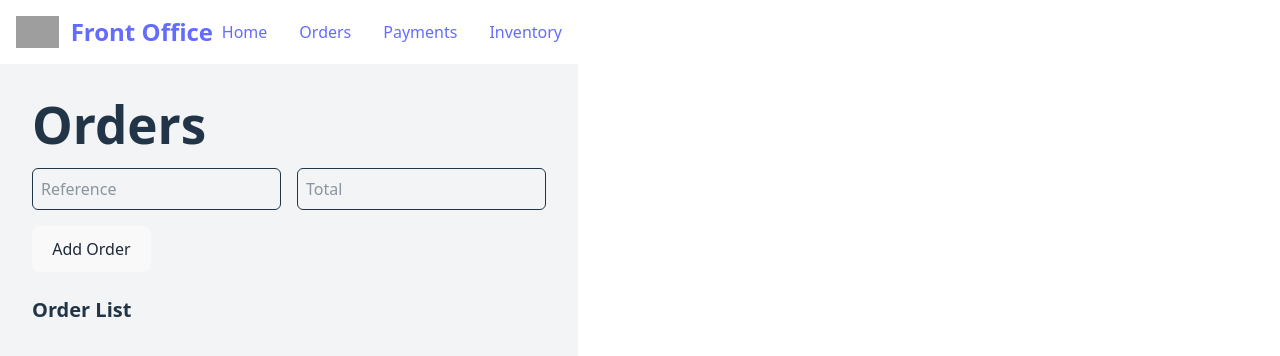
Repository: ib-entreprise/projet-micro-service
Page: /orders (app in front-office/)
The author's editor kept a copy of each file at every save. The page is drawn from the files as they stood at one save, then again after the next save.
The browser window is 1280 px wide. The pictures show the whole page.
Pictures or frames that could not be fetched are drawn as grey boxes. The page's requests for data from a server got no answer. Some web libraries are served in a nearby version. The project was rebuilt for these pictures with package versions that can differ from the ones it lists, and the page was loaded fresh each time. No one was signed in, and anything a server would have sent is missing. Also part of the build but not shown: front-office/vite.config.ts.

Above is the page before, as saved 2025-03-19 12:21:38.

### front-office/index.html
<!doctype html>
<html lang="en">
  <head>
    <meta charset="UTF-8" />
    <link rel="icon" type="image/svg+xml" href="/vite.svg" />
    <meta name="viewport" content="width=device-width, initial-scale=1.0" />
    <title>Vite + React + TS</title>
    <script src="https://cdn.jsdelivr.net/npm/@tailwindcss/browser@4"></script>

  </head>
  <body>
    <div id="root"></div>
    <script type="module" src="/src/main.tsx"></script>
  </body>
</html>

### front-office/src/App.tsx
import React from 'react';
import { BrowserRouter as Router, Routes, Route } from 'react-router-dom';
import Navbar from './components/Navbar';
import Orders from './components/Orders';

// Pages simples pour les autres routes
const Home = () => <h2>Home Page</h2>;
const Payments = () => <h2>Payments Page</h2>;
const Inventory = () => <h2>Inventory Page</h2>;

function App() {
  return (
    <Router>
      <div className="bg-gray-100 min-h-screen">
        {/* Navbar */}
        <Navbar />

        {/* Contenu principal */}
        <main className="container mx-auto p-4">
          <Routes>
            <Route path="/" element={<Home />} />
            <Route path="/orders" element={<Orders />} />
            <Route path="/payments" element={<Payments />} />
            <Route path="/inventory" element={<Inventory />} />
          </Routes>
        </main>
      </div>
    </Router>
  );
}

export default App;

### front-office/src/components/Navbar.tsx
export default function Nav() {
  return (
    <nav className="bg-white border-gray-200 dark:bg-gray-900">
  <div className="max-w-screen-xl flex flex-wrap items-center justify-between mx-auto p-4">
    <a href="/" className="flex items-center space-x-3 rtl:space-x-reverse">
      <img src="https://flowbite.com/docs/images/logo.svg" className="h-8" alt="Flowbite Logo" />
      <span className="self-center text-2xl font-semibold whitespace-nowrap dark:text-white">Front Office</span>
    </a>
    <button
      data-collapse-toggle="navbar-default"
      type="button"
      className="inline-flex items-center p-2 w-10 h-10 justify-center text-sm text-gray-500 rounded-lg md:hidden hover:bg-gray-100 focus:outline-none focus:ring-2 focus:ring-gray-200 dark:text-gray-400 dark:hover:bg-gray-700 dark:focus:ring-gray-600"
      aria-controls="navbar-default"
      aria-expanded="false"
    >
      <span className="sr-only">Open main menu</span>
      <svg
        className="w-5 h-5"
        aria-hidden="true"
        xmlns="http://www.w3.org/2000/svg"
        fill="none"
        viewBox="0 0 17 14"
      >
        <path
          stroke="currentColor"
          strokeLinecap="round"
          strokeLinejoin="round"
          strokeWidth="2"
          d="M1 1h15M1 7h15M1 13h15"
        />
      </svg>
    </button>
    <div className="hidden w-full md:block md:w-auto" id="navbar-default">
      <ul className="font-medium flex flex-col p-4 md:p-0 mt-4 border border-gray-100 rounded-lg bg-gray-50 md:flex-row md:space-x-8 rtl:space-x-reverse md:mt-0 md:border-0 md:bg-white dark:bg-gray-800 md:dark:bg-gray-900 dark:border-gray-700">
        <li>
          <a
            href="/"
            className="block py-2 px-3 text-white bg-blue-700 rounded-sm md:bg-transparent md:text-blue-700 md:p-0 dark:text-white md:dark:text-blue-500"
            aria-current="page"
          >
            Home
          </a>
        </li>
        <li>
          <a
            href="/orders"
            className="block py-2 px-3 text-gray-900 rounded-sm hover:bg-gray-100 md:hover:bg-transparent md:border-0 md:hover:text-blue-700 md:p-0 dark:text-white md:dark:hover:text-blue-500 dark:hover:bg-gray-700 dark:hover:text-white md:dark:hover:bg-transparent"
          >
            Orders
          </a>
        </li>
        <li>
          <a
            href="/payments"
            className="block py-2 px-3 text-gray-900 rounded-sm hover:bg-gray-100 md:hover:bg-transparent md:border-0 md:hover:text-blue-700 md:p-0 dark:text-white md:dark:hover:text-blue-500 dark:hover:bg-gray-700 dark:hover:text-white md:dark:hover:bg-transparent"
          >
            Payments
          </a>
        </li>
        <li>
          <a
            href="/inventory"
            className="block py-2 px-3 text-gray-900 rounded-sm hover:bg-gray-100 md:hover:bg-transparent md:border-0 md:hover:text-blue-700 md:p-0 dark:text-white md:dark:hover:text-blue-500 dark:hover:bg-gray-700 dark:hover:text-white md:dark:hover:bg-transparent"
          >
            Inventory
          </a>
        </li>
      </ul>
    </div>
  </div>
</nav>
  );
}

### front-office/src/components/Orders.tsx
import React, { useState, useEffect } from 'react';

const Orders = () => {
  // État pour stocker la liste des commandes
  const [orders, setOrders] = useState([]);
  // État pour le formulaire
  const [newOrder, setNewOrder] = useState({ ref: '', total: '' });

  // Simuler une API pour récupérer et ajouter des commandes
  useEffect(() => {
    // Récupérer les commandes initiales
    const fetchOrders = async () => {
      try {
        const response = await fetch('http://localhost:3000/orders'); // Remplacez par l'URL de votre API
        const data = await response.json();
        setOrders(data);
      } catch (error) {
        console.error('Error fetching orders:', error);
      }
    };
    fetchOrders();
  }, []);

  // Ajouter une nouvelle commande
  const handleAddOrder = async (e) => {
    e.preventDefault();
    try {
      const response = await fetch('http://localhost:3000/orders', {
        method: 'POST',
        headers: { 'Content-Type': 'application/json' },
        body: JSON.stringify(newOrder),
      });
      const data = await response.json();
      setOrders([...orders, data]); // Ajouter la nouvelle commande à la liste
      setNewOrder({ ref: '', total: '' }); // Réinitialiser le formulaire
    } catch (error) {
      console.error('Error adding order:', error);
    }
  };

  return (
    <div className="container mx-auto p-4">
      <h1 className="text-2xl font-bold mb-4">Orders</h1>

      {/* Formulaire pour ajouter une commande */}
      <form onSubmit={handleAddOrder} className="mb-6">
        <div className="grid grid-cols-1 md:grid-cols-2 gap-4">
          <input
            type="text"
            placeholder="Reference"
            value={newOrder.ref}
            onChange={(e) => setNewOrder({ ...newOrder, ref: e.target.value })}
            className="p-2 border rounded-md"
            required
          />
          <input
            type="number"
            placeholder="Total"
            value={newOrder.total}
            onChange={(e) => setNewOrder({ ...newOrder, total: e.target.value })}
            className="p-2 border rounded-md"
            required
          />
        </div>
        <button
          type="submit"
          className="mt-4 px-4 py-2 bg-blue-600 text-gray-800 rounded-md hover:bg-blue-700"
        >
          Add Order
        </button>
      </form>

      {/* Liste des commandes */}
      <div>
        <h2 className="text-xl font-semibold mb-2">Order List</h2>
        <ul className="space-y-2">
          {orders.map((order) => (
            <li
              key={order.id}
              className="p-3 bg-gray-100 rounded-md flex justify-between items-center"
            >
              <div>
                <strong>{order.ref}</strong> - ${order.total}
              </div>
              <button
                onClick={() => {
                  // Supprimer une commande (exemple)
                  setOrders(orders.filter((o) => o.id !== order.id));
                }}
                className="px-2 py-1 bg-red-500 text-white rounded-md hover:bg-red-600"
              >
                Delete
              </button>
            </li>
          ))}
        </ul>
      </div>
    </div>
  );
};

export default Orders;

Loaded but not shown: front-office/src/main.tsx (common file); front-office/src/index.css (common file)

After the next save:
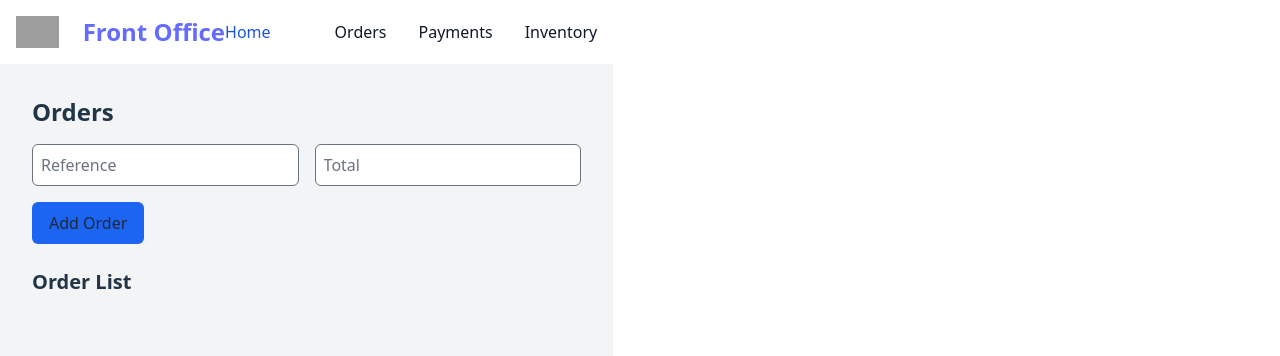
Saved 46 s later.
--- a/front-office/index.html
+++ b/front-office/index.html
@@ -6,6 +6,8 @@
     <meta name="viewport" content="width=device-width, initial-scale=1.0" />
     <title>Vite + React + TS</title>
     <script src="https://cdn.jsdelivr.net/npm/@tailwindcss/browser@4"></script>
+    <link href="https://cdn.jsdelivr.net/npm/flowbite@3.1.2/dist/flowbite.min.css" rel="stylesheet" />
+
 
   </head>
   <body>
